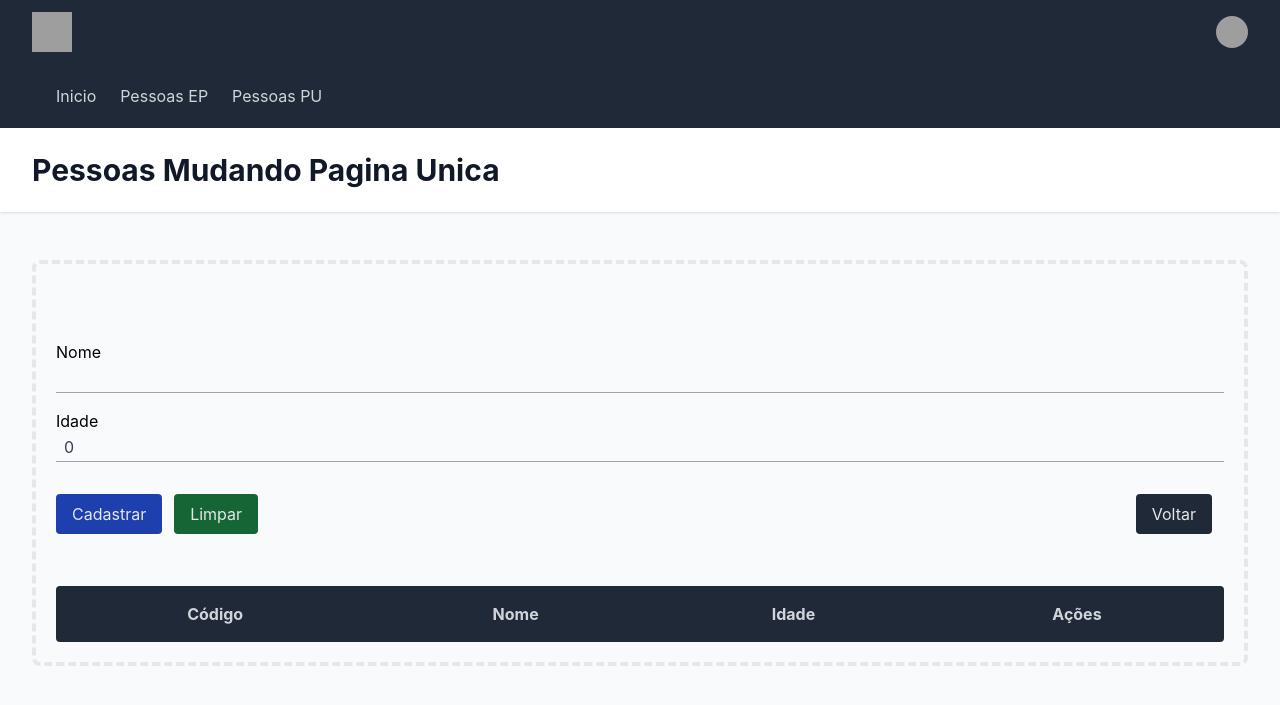
Repository: NunesXdecK/portfolio-jn-old
Page: /pessoaCT
The author's editor kept a copy of each file at every save. The page is drawn from the files as they stood at one save, then again after the next save.
The browser window is 1280 px wide. The pictures show the whole page.
Pictures or frames that could not be fetched are drawn as grey boxes. The page's requests for data from a server got no answer. The project was rebuilt for these pictures with package versions that can differ from the ones it lists, and the page was loaded fresh each time. The framework's server and built-in components were replaced by stand-ins that run in the browser. No one was signed in, and anything a server would have sent is missing. Also part of the build but not shown: next.config.js.

Above is the page before, as saved 2022-01-08 10:37:21.

### src/pages/pessoaCT.tsx
import { useEffect, useState } from "react";
import Botao from "../components/Botao";
import FormularioPessoa from "../components/FormularioPessoa";
import Layout from "../components/Layout";
import Tabela from "../components/Tabela";
import Pessoa from "../core/Pessoa";
import PessoaRepositorio from "../core/PessoaRepositorio";
import PessoaColecao from "../db/PessoaColecao";
import usePessoas from "../hooks/usePessoas";

export default function Home() {

  const {
    tabelaVisivel,
    pessoa,
    pessoas,
    obterPessoas,
    salvarPessoa,
    novaPessoa,
    selecionarPessoa,
    exlcuirPessoa
  } = usePessoas()

  return (
    <Layout titulo="Pessoas Mudando Pagina Unica">
      <FormularioPessoa
        salvarFuncao={salvarPessoa}
        paginaUnica={true}
        voltarFuncao={obterPessoas} pessoa={pessoa} />
      <Tabela
        pessoas={pessoas}
        verId={true}
        paginaUnica={true}
        selecionarPessoa={selecionarPessoa}
        excluirPessoa={exlcuirPessoa} />

    </Layout>
  )
}

### src/styles/globals.css
@tailwind base;
@tailwind components;
@tailwind utilities;

html, body {
  padding: 0;
  margin: 0;
  background-color: rgb(249 250 251);
  font-family: -apple-system, BlinkMacSystemFont, Segoe UI, Roboto, Oxygen,
    Ubuntu, Cantarell, Fira Sans, Droid Sans, Helvetica Neue, sans-serif;
}

a {
  color: inherit;
  text-decoration: none;
}

* {
  box-sizing: border-box;
}

### src/components/FormularioPessoa.tsx
import { useState } from "react";
import Pessoa from "../core/Pessoa";
import Botao from "./Botao";
import EntradaTexto from "./EntradaTexto";

interface FormularioPessoaProps {
    pessoa?: Pessoa,
    salvarFuncao?: (pessoa: Pessoa) => void,
    resetarFuncao?: (pessoa: Pessoa) => void,
    paginaUnica?: boolean,
    voltarFuncao?: () => void
}

export default function FormularioPessoa(props: FormularioPessoaProps) {
    const id = props.pessoa?.id
    const [nome, setNome] = useState(props.pessoa?.nome ?? '');
    const [idade, setIdade] = useState(props.pessoa?.idade ?? 0);

    function resetaFormulario() {
        setNome("")
        setIdade(0)
    }

    return (
        <div className="my-10">
            <div className="py-4">
                {id ? (
                    <EntradaTexto tipo="text" texto="Id" somenteLeitura={true} valor={id} />
                ) : false}
                <EntradaTexto tipo="text" texto="Nome" quandoAlterar={setNome} valor={nome} />
                <EntradaTexto tipo="number" texto="Idade" quandoAlterar={setIdade} valor={idade} />

            </div>

            <div className="flex items-center justify-between">
                <div>
                    <Botao
                        cor="azul"
                        onClick={() => props.salvarFuncao?.(new Pessoa(nome, +idade, id))}>
                        {id ? 'Alterar' : 'Cadastrar'}
                    </Botao>
                    <Botao onClick={resetaFormulario} cor="verde">Limpar</Botao>
                </div>
                {props.paginaUnica ? (
                    <Botao onClick={props.voltarFuncao} cor="cinza">Voltar</Botao>
                ) : (
                    <Botao link={true} destino="/pessoa" cor="cinza">Voltar</Botao>
                )}
            </div>
        </div>
    )
}

### src/components/Layout.tsx
import Menu from "./Menu"
import Titulo from "./Titulo"

interface LayoutProps {
    titulo?: string
    children?: any
}

export default function Layout(props: LayoutProps) {
    return (
        <div className="h-full">
            <header>
                <Menu/>
                <div className="bg-white shadow">
                    <Titulo>{props.titulo}</Titulo>
                </div>
            </header>

            <main>
                <div className="max-w-7xl mx-auto py-6 sm:px-6 lg:px-8">
                    <div className="px-4 py-6 sm:px-0">
                        <div className="p-5 border-4 border-dashed border-gray-200 rounded-lg">
                            {props.children ?? "Sem Conteúdo"}
                        </div>
                    </div>
                </div>
            </main>
        </div>
    )
}

### src/components/Tabela.tsx
import Link from "next/link";
import Pessoa from "../core/Pessoa";
import { IconeEdicao, IconeLixeira, IconeTabelaButtonEdicaoStyles, IconeTabelaButtonLixeiraStyles } from "./Icones";

interface TabelaProps {
    pessoas: Pessoa[],
    verId?: boolean,
    paginaUnica?: boolean,
    selecionarPessoa?: (pessoa: Pessoa) => void,
    excluirPessoa?: (pessoa: Pessoa) => void
}

export default function Tabela(props: TabelaProps) {

    let tdStyles = "text-center p-4"

    function renderizarCabecalho() {
        return (
            <tr>
                {props.verId ? <th className={tdStyles}>Código</th> : false}
                <th className={tdStyles}>Nome</th>
                <th className={tdStyles}>Idade</th>
                {props.selecionarPessoa || props.excluirPessoa ? (
                    <th className={tdStyles}>Ações</th>
                ) : false}
            </tr>
        )
    }

    function renderizarDados() {
        return props.pessoas?.map((pessoa, i) => {
            return (
                <tr key={pessoa.id}
                    className={`${i % 2 === 0 ? "bg-gray-100" : "bg-gray-200"}`}>
                    {props.verId ? <td className={tdStyles}>{pessoa.id}</td> : false}
                    <td className={tdStyles}>{pessoa.nome}</td>
                    <td className={tdStyles}>{pessoa.idade}</td>
                    {props.selecionarPessoa || props.excluirPessoa ? (
                        renderizarAcoes(pessoa)
                    ) : false}
                </tr>
            )
        })
    }

    function renderizaBotaoEdicao(pessoa: Pessoa) {
        let botao
        if (props.paginaUnica) {
            botao = (
                <button onClick={() => props.selecionarPessoa?.(pessoa)} className={IconeTabelaButtonEdicaoStyles}>
                    {IconeEdicao}
                </button>
            )
        } else {
            botao = (
                <Link href={{ pathname: "/pessoacadastro", query: { "id": pessoa.id } }}>
                    <button className={IconeTabelaButtonEdicaoStyles}>
                        {IconeEdicao}
                    </button>
                </Link>
            )
        }
        return botao
    }

    function renderizarAcoes(pessoa: Pessoa) {
        return (
            <td className="p-4 justify-center flex">
                {props.selecionarPessoa ? (
                    renderizaBotaoEdicao(pessoa)
                ) : false}

                {props.excluirPessoa ? (
                    <button onClick={() => props.excluirPessoa?.(pessoa)} className={IconeTabelaButtonLixeiraStyles}>{IconeLixeira}</button>
                ) : false}
            </td>
        )
    }

    return (
        <table className="w-full overflow-hidden rounded">
            <thead className="bg-gray-800 text-gray-300">
                {renderizarCabecalho()}
            </thead>
            <tbody>
                {renderizarDados()}
            </tbody>
        </table>
    )
}

### src/hooks/usePessoas.ts
import { useEffect, useState } from "react"
import Pessoa from "../core/Pessoa"
import PessoaColecao from "../db/PessoaColecao"
import useTabelaForm from "./useTabelaForm"

export default function usePessoas() {
    const repo = new PessoaColecao()

    const { tabelaVisivel, exibirTabela, exibirFormulario } = useTabelaForm()

    const [pessoa, setPessoa] = useState<Pessoa>(Pessoa.vazio())
    const [pessoas, setPessoas] = useState<Pessoa[]>([])

    useEffect(() => {
        obterPessoas()
    }, [])

    function obterPessoas() {
        repo.obterTodos().then(setPessoas)
        exibirTabela()
    }

    function novaPessoa() {
        setPessoa(Pessoa.vazio())
        exibirFormulario()
    }

    function salvarPessoa(pessoa: Pessoa) {
        let r = repo.salvar(pessoa)
        if (r) {
            obterPessoas()
        }
    }

    function selecionarPessoa(pessoa: Pessoa) {
        setPessoa(pessoa)
        exibirFormulario()
    }

    function exlcuirPessoa(pessoa: Pessoa) {
        let r = repo.excluir(pessoa)
        if (r) {
            obterPessoas()
        }
    }

    return {
        tabelaVisivel,
        pessoa,
        pessoas,
        obterPessoas,
        salvarPessoa,
        novaPessoa,
        selecionarPessoa,
        exlcuirPessoa
    }
}

### src/core/Pessoa.ts
export default class Pessoa {
    #id: string
    #nome: string
    #idade: number

    static vazio() {
        return new Pessoa("", 0)
    }

    static pessoas() {
        const pessoas = [
            new Pessoa("Natasha", 30, "1"),
            new Pessoa("Melissa", 4, "12"),
            new Pessoa("Auxiliadora", 58, "44"),
            new Pessoa("Júnior", 34, "433")
        ]
        return pessoas
    }

    constructor(nome: string, idade: number, id: string = null) {
        this.#nome = nome
        this.#idade = idade
        this.#id = id
    }

    get id() {
        return this.#id
    }

    get nome() {
        return this.#nome
    }

    get idade() {
        return this.#idade
    }
}

### src/components/Botao.tsx
import Link from "next/link"

interface BotaoProps {
    cor?: 'verde' | 'azul' | 'cinza' | 'vermelho'
    children: any,
    onClick?: () => void,
    link?: boolean,
    destino?: string
}

export default function Botao(props: BotaoProps) {
    const cinza = "bg-gray-800 hover:bg-gray-600"
    const vermelho = "bg-red-800 hover:bg-red-600"
    const azul = "bg-blue-800 hover:bg-blue-600"
    const verde = "bg-green-800 hover:bg-green-600"
    let cor = cinza

    switch (props.cor) {
        case 'vermelho':
            cor = vermelho
            break
        case 'azul':
            cor = azul
            break
        case 'verde':
            cor = verde
            break
    }

    const styleFinal = "px-4 py-2 mb-3 mr-3 rounded text-gray-200 " + cor + " transition"

    return (
        props.link ?
            (<Link href={props.destino}>
                <button className={styleFinal}>
                    {props.children}
                </button>
            </Link>)
            : (
                <button onClick={props.onClick} className={styleFinal}>
                    {props.children}
                </button>
            )
    )
}

### src/components/EntradaTexto.tsx
interface EntradaTextoProps {
    tipo: 'text' | 'number'
    texto: string
    valor?: any
    somenteLeitura?: boolean
    quandoAlterar?: (alterou: any) => void
}

export default function EntradaTexto(props: EntradaTextoProps) {
    return (
        <div className="flex flex-col mb-4">
            <label>{props.texto}</label>
            <div className="flex items-center border-b border-gray-400 focus:bg-gray-800">
                <input
                    className="appearance-none bg-transparent border-none w-full text-gray-700 mr-3 py-1 px-2 leading-tight focus:outline-none"
                    onChange={e => props.quandoAlterar?.(e.target.value)}
                    type={props.tipo ?? 'text'}
                    value={props.valor}
                    readOnly={props.somenteLeitura}
                />
            </div>
        </div>
    )
}

### src/components/Menu.tsx
import Navegador from "./Navegador"

interface MenuProps {
    titulo?: any
}

export default function Menu(props: MenuProps) {
    return (
        <div className="min-h-full">
            <div className="bg-gray-800">
                <div className="max-w-7xl mx-auto px-4 sm:px-6 lg:px-8">
                    <div className="flex items-center justify-between h-16">
                        <div className="flex items-center">
                            <div className="flex-shrink-0">
                                <img
                                    className="h-10 w-10"
                                    src="https://tailwindui.com/img/logos/workflow-mark-indigo-500.svg"
                                    alt="Workflow"
                                />
                            </div>
                        </div>
                        <img
                            src="https://tailwindui.com/img/logos/workflow-mark-indigo-500.svg"
                            alt="Workflow"
                            className="h-8 w-8 rounded-full"
                        />
                    </div>

                    <div className="flex items-center justify-between">
                        <nav className="p-3 flex items-center">
                            <Navegador destino="/">Inicio</Navegador>
                            <Navegador destino="/pessoa">Pessoas EP</Navegador>
                            <Navegador destino="/pessoaPU">Pessoas PU</Navegador>
                        </nav>
                    </div>
                </div>
            </div>
        </div>
    )
}

### src/components/Titulo.tsx
interface TituloProps {
    children?: any
}

export default function Titulo(props: TituloProps) {
    return (
        <div className="max-w-7xl mx-auto py-6 px-4 sm:px-6 lg:px-8">
            <h1 className="text-3xl font-bold text-gray-900">{props.children ?? "Titulo Placeholder"}</h1>
        </div>
    )
}

### src/components/Icones.tsx
export const IconeEdicao = (
    <svg xmlns="http://www.w3.org/2000/svg" className="h-6 w-6" fill="none" viewBox="0 0 24 24" stroke="currentColor" >
        <path strokeLinecap="round" strokeLinejoin="round" strokeWidth={2} d="M11 5H6a2 2 0 00-2 2v11a2 2 0 002 2h11a2 2 0 002-2v-5m-1.414-9.414a2 2 0 112.828 2.828L11.828 15H9v-2.828l8.586-8.586z" />
    </svg>
)

export const IconeLixeira = (
    <svg xmlns="http://www.w3.org/2000/svg" className="h-6 w-6" fill="none" viewBox="0 0 24 24" stroke="currentColor">
        <path strokeLinecap="round" strokeLinejoin="round" strokeWidth={2} d="M19 7l-.867 12.142A2 2 0 0116.138 21H7.862a2 2 0 01-1.995-1.858L5 7m5 4v6m4-6v6m1-10V4a1 1 0 00-1-1h-4a1 1 0 00-1 1v3M4 7h16" />
    </svg>
)

export const IconeTabelaButtonEdicaoStyles = "flex justify-center items-center p-2 m-1 rounded-full hover:text-green-600 transition"
export const IconeTabelaButtonLixeiraStyles = "flex justify-center items-center p-2 m-1 rounded-full hover:text-red-500 transition"

### src/db/PessoaColecao.ts
import Pessoa from "../core/Pessoa";
import { collection, deleteDoc, doc, getDocs, orderBy, query, setDoc, updateDoc } from "firebase/firestore";
import { db } from "./firebaseDB";

export default class PessoaColecao {

    #conversor = {
        toFirestore(pessoa: Pessoa) {
            return {
                nome: pessoa.nome,
                idade: pessoa.idade
            }
        },
        fromFirestore(snapshot, options): Pessoa {
            const dados = snapshot?.data(options)
            return new Pessoa(dados.nome, dados.idade, snapshot?.id)
        }
    }

    async salvar(pessoa: Pessoa) {
        try {
            if (pessoa?.id) {
                const docRef = await doc(this.colecao(), pessoa.id)
                await updateDoc(docRef, this.#conversor.toFirestore(pessoa))
                return true
            } else {
                const docRef = await doc(this.colecao())
                await setDoc(docRef, this.#conversor.toFirestore(pessoa))
                return true
            }
        } catch (e) {
            console.log(e)
        }
        return false
    }

    async excluir(pessoa: Pessoa) {
        try {
            const docRef = await doc(this.colecao(), pessoa.id)
            await deleteDoc(docRef)
            return true
        } catch (e) {
            console.log(e)
        }
        return false
    }

    async obterTodos() {
        const q = query(this.colecao(), orderBy("nome", "asc"))
        const promise = await getDocs(q)
        let pessoas = []
        promise.docs.map(doc => {
            pessoas.push(doc.data())
        })
        return pessoas
    }

    private colecao() {
        const collectionRef = collection(db, "pessoa").withConverter(this.#conversor);
        return collectionRef
    }
}

### src/hooks/useTabelaForm.ts
import { useState } from "react";

export default function useTabelaForm() {
    const t = "tabela"
    const f = "formulario"

    const [visivel, setVisivel] = useState<"tabela" | "formulario">(t)

    const exibirTabela = () => setVisivel(t)
    const exibirFormulario = () => setVisivel(f)

    return {
        tabelaVisivel: visivel === t,
        formularioVisivel: visivel === f,
        exibirTabela,
        exibirFormulario
    }
}

### src/components/Navegador.tsx
import Link from 'next/link'

interface NavegadorProps {
    children?: any
    destino: any
}

export default function Navegador(props: NavegadorProps) {
    return (
        <Link href={props.destino} passHref>
            <div className="h-10 p-3 flex rounded-md items-center cursor-pointer text text-gray-300 hover:bg-gray-700 hover:text-white ">
                {props.children ?? 'Titulo placeholder'}
            </div>
        </Link>
    )
}

### src/db/firebaseDB.ts
import { initializeApp } from "firebase/app"

import { getFirestore } from "firebase/firestore"

const firebaseConfig = {
    apiKey: process.env.NEXT_PUBLIC_FIREBASE_API_KEY,
    authDomain: process.env.NEXT_PUBLIC_FIREBASE_AUTH_DOMAIN,
    projectId: process.env.NEXT_PUBLIC_FIREBASE_PROJECT_ID
}

const app = initializeApp(firebaseConfig)
const db = getFirestore()

export { db }

Loaded but not shown: src/pages/_app.js (common file); tailwind.config.js (common file)

After the next save:
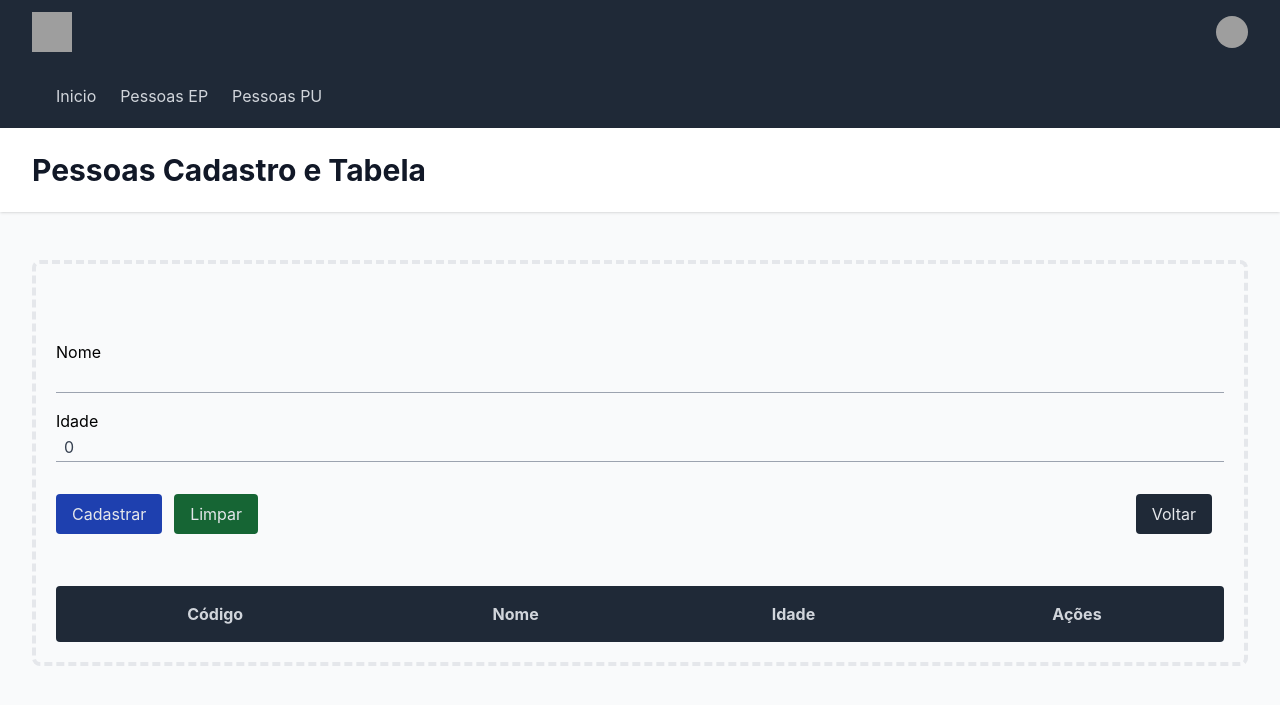
Saved 18 s later.
--- a/src/pages/pessoaCT.tsx
+++ b/src/pages/pessoaCT.tsx
@@ -22,7 +22,7 @@ export default function Home() {
   } = usePessoas()
 
   return (
-    <Layout titulo="Pessoas Mudando Pagina Unica">
+    <Layout titulo="Pessoas Cadastro e Tabela">
       <FormularioPessoa
         salvarFuncao={salvarPessoa}
         paginaUnica={true}
